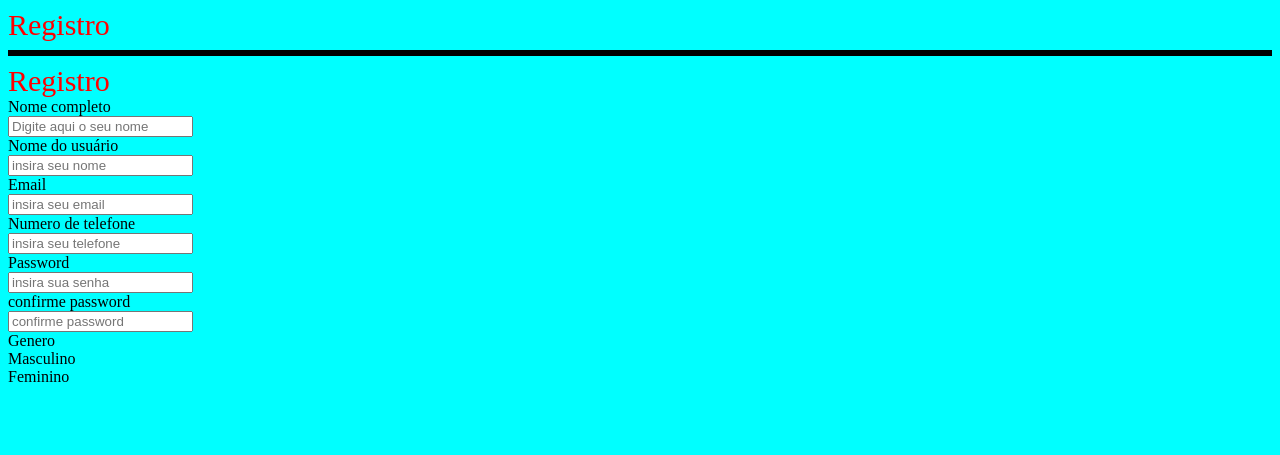
Repository: Vilmar-Freire/ESTUDOS-01-vilmar
Page: workspaces/prof-matheus battisti/matheus.html
The author's editor kept a copy of each file at every save. The page is drawn from the files as they stood at one save, then again after the next save.
The browser window is 1280 px wide. The pictures show the whole page.

Above is the page before, as saved 2026-09-02 15:28:56.

### workspaces/prof-matheus battisti/matheus.html
<!DOCTYPE html>
<html lang="pt-BR">
<head>
    <meta charset="UTF-8">
    <meta name="keywords" content="Programacao, html, css, JavaScript">
    <meta name="Language" content="pt-BR">
    <meta name="Description" content="Formulario">
    <meta name="author" content="Vilmar Freire">
    <meta name="viewport" content="width=device-width, initial-scale=1.0">
    <link rel="stylesheet" href="./matheus.css">
    <title>Formulário</title>
</head>
<body>
  <div class="container">
    <div class="title">Registro</div>
    <form action="#"></form>
    </div>

    <div class="title"></div>


<hr size="6" color="black">


  <div class="container">
    <div class="title">Registro</div>
    <form action="#">

      <div class="user-details">
        <div class="input-box">
          <span class="details">Nome completo</span>
          <input type="text" placeholder="Digite aqui o seu nome" required>
        </div>
      </div>

      <div class="input-box">
        <span class="details">Nome do usuário</span>
        <input type="text" placeholder="insira seu nome" required>
      </div>

      <div class="input-box">
        <span class="details">Email</span>
        <input type="text" placeholder="insira seu email" required>
      </div>
      </div>

      <div class="input-box">
        <span class="details">Numero de telefone</span>
        <input type="text" placeholder="insira seu telefone" required>
      </div>

      <div class="input-box">
        <span class="details">Password</span>
        <input type="text" placeholder="insira sua senha" required>
      </div>

      <div class="input-box">
        <span class=details">confirme password</span>
        <input type="text"placeholder="confirme password" required>
      </div>

      <div class="gender-details">
        <span class="gender-title">Genero</span>
        <div class="category">
          <label for="">
            <span class="masculino"></span>
            <span class="gender">Masculino</span>
          </label>

          <label for="">
            <span class="feminino"></span>
            <span class="gender">Feminino</span>
          </label>
        </div>
      </div>
    </form>
  </div>
</body>
</html>

### workspaces/prof-matheus battisti/matheus.css
body{
    background-color: aqua;
}

span{
    display: block;

}

.title{
    color: red;
    font-size: 30px;
    text-align: left;
}

After the next save:
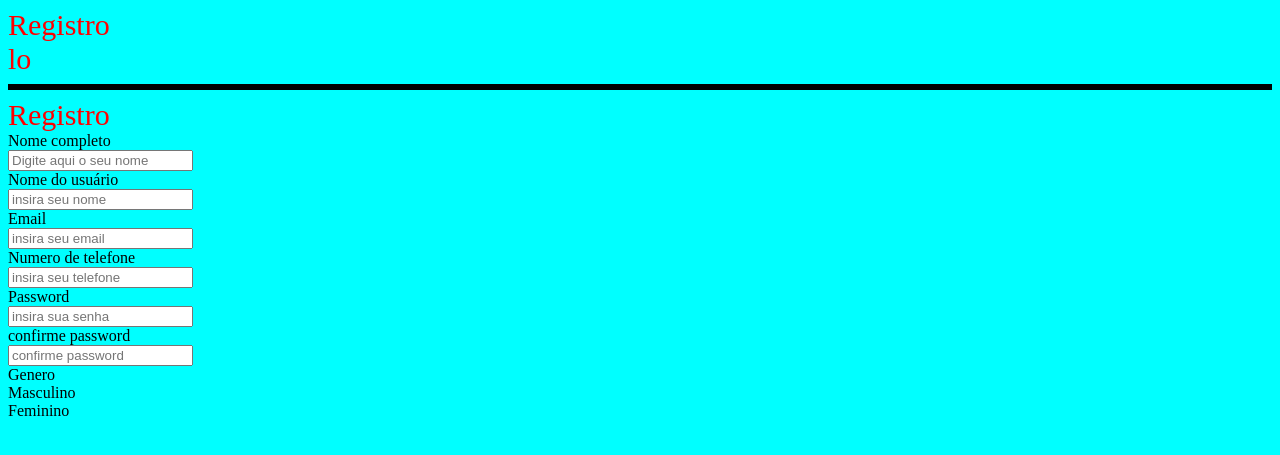
Saved 16 s later.
--- a/workspaces/prof-matheus battisti/matheus.html
+++ b/workspaces/prof-matheus battisti/matheus.html
@@ -16,7 +16,7 @@
     <form action="#"></form>
     </div>
 
-    <div class="title"></div>
+    <div class="title">lo</div>
 
 
 <hr size="6" color="black">
